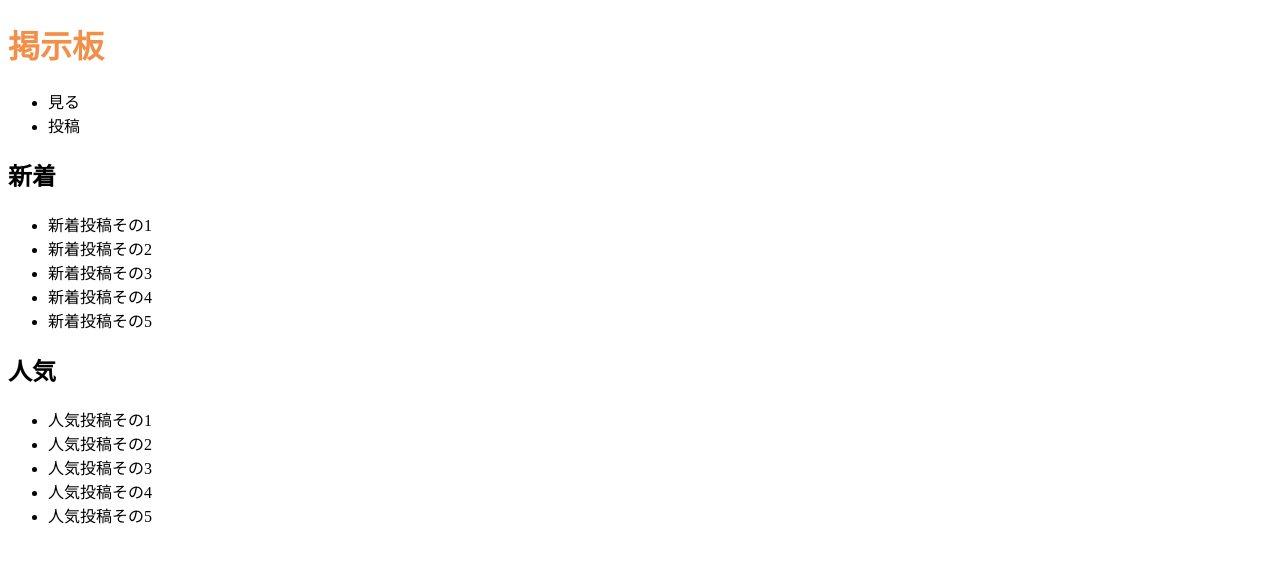
Repository: KustomApe/LandorusInc
Page: index.html
These files come from the project's save history. The page is drawn as it stood at one moment and after the next save; the edit follows.
The browser window is 1280 px wide. The pictures show the whole page.

Above is the page before, as saved 2021-07-24 12:38:31.

### index.html
<!DOCTYPE html>
<html lang="ja">
<head>
    <meta charset="UTF-8">
    <meta http-equiv="X-UA-Compatible" content="IE=edge">
    <meta name="viewport" content="width=device-width, initial-scale=1.0">
    <title>掲示板</title>
    <link rel="stylesheet" href="./css/style.css">
</head>
<body>
<div id="wrap">
    <h1><img src="" alt="">掲示板</h1>
    <div class="contents">
        <ul>
            <li>見る</li>
            <li>投稿</li>
        </ul>
        <h2>新着</h2>
        <ul>
            <li>新着投稿その1</li>
            <li>新着投稿その2</li>
            <li>新着投稿その3</li>
            <li>新着投稿その4</li>
            <li>新着投稿その5</li>
        </ul>
        <h2>人気</h2>
        <ul>
            <li>人気投稿その1</li>
            <li>人気投稿その2</li>
            <li>人気投稿その3</li>
            <li>人気投稿その4</li>
            <li>人気投稿その5</li>
        </ul>
    </div>
</div>
</body>
</html>

### css/style.css
@charset "utf-8";

h1 {
    color: #F19049;
}

After the next save:
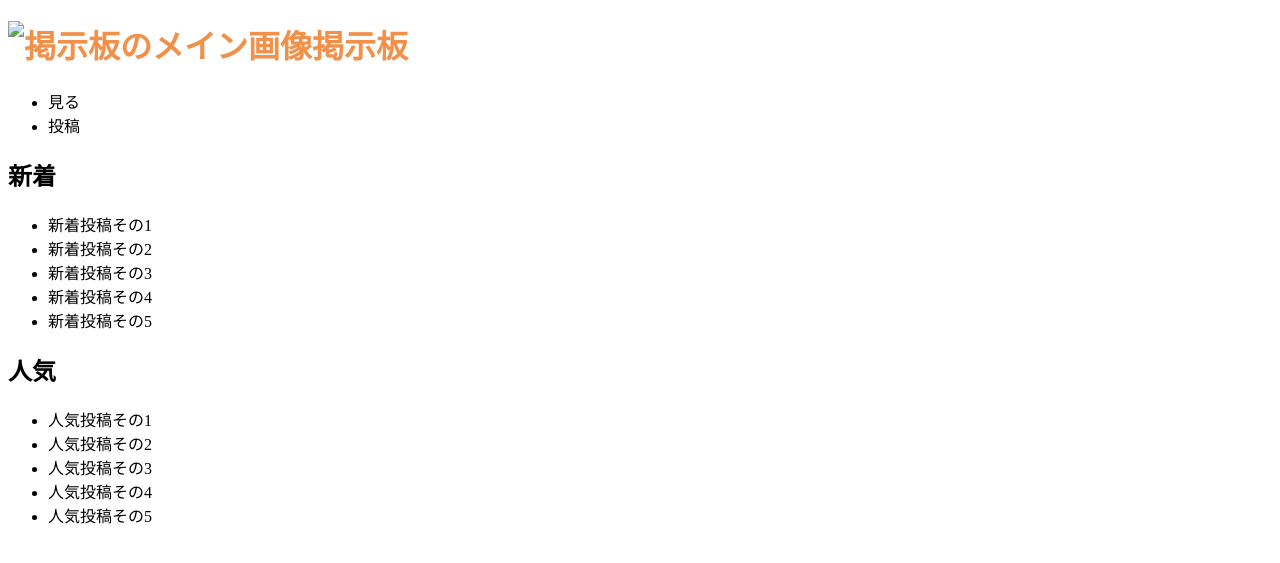
Saved 7 s later.
--- a/index.html
+++ b/index.html
@@ -9,7 +9,7 @@
 </head>
 <body>
 <div id="wrap">
-    <h1><img src="" alt="">掲示板</h1>
+    <h1><img src="" alt="掲示板のメイン画像">掲示板</h1>
     <div class="contents">
         <ul>
             <li>見る</li>
